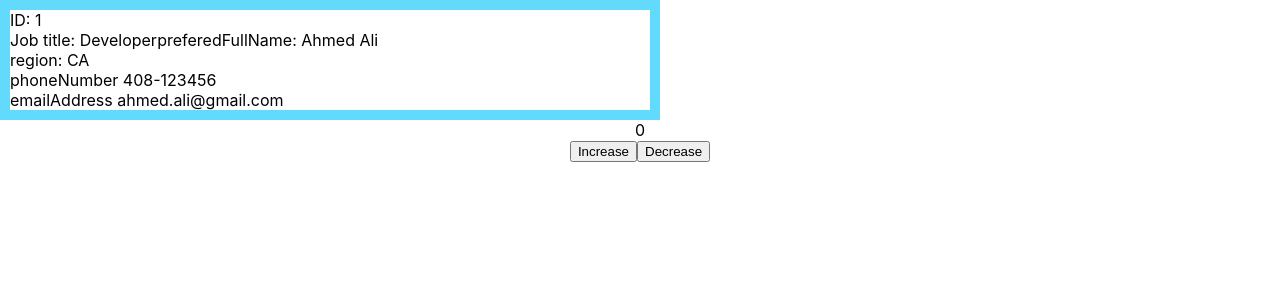
Repository: walaaElbasha/React-Counter
Page: /
These files come from the project's save history. The page is drawn as it stood at one moment and after the next save; the edit follows.
The browser window is 1280 px wide. The pictures show the whole page.
The project was rebuilt for these pictures with package versions that can differ from the ones it lists, and the page was loaded fresh each time.

Above is the page before, as saved 2021-04-25 18:21:57.

After the next save:
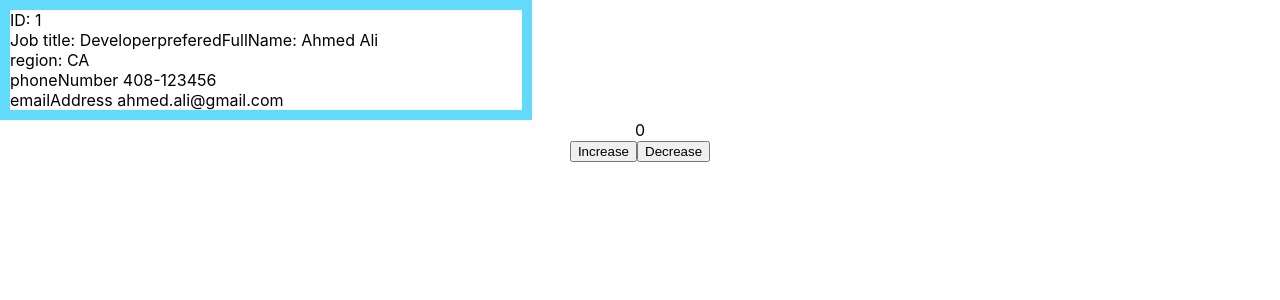
Saved 5 s later.
--- a/src/App.css
+++ b/src/App.css
@@ -39,6 +39,6 @@
 
 .box{
 border:#61dafb 10px solid;
-width :50%;
+width :40%;
 
 }
